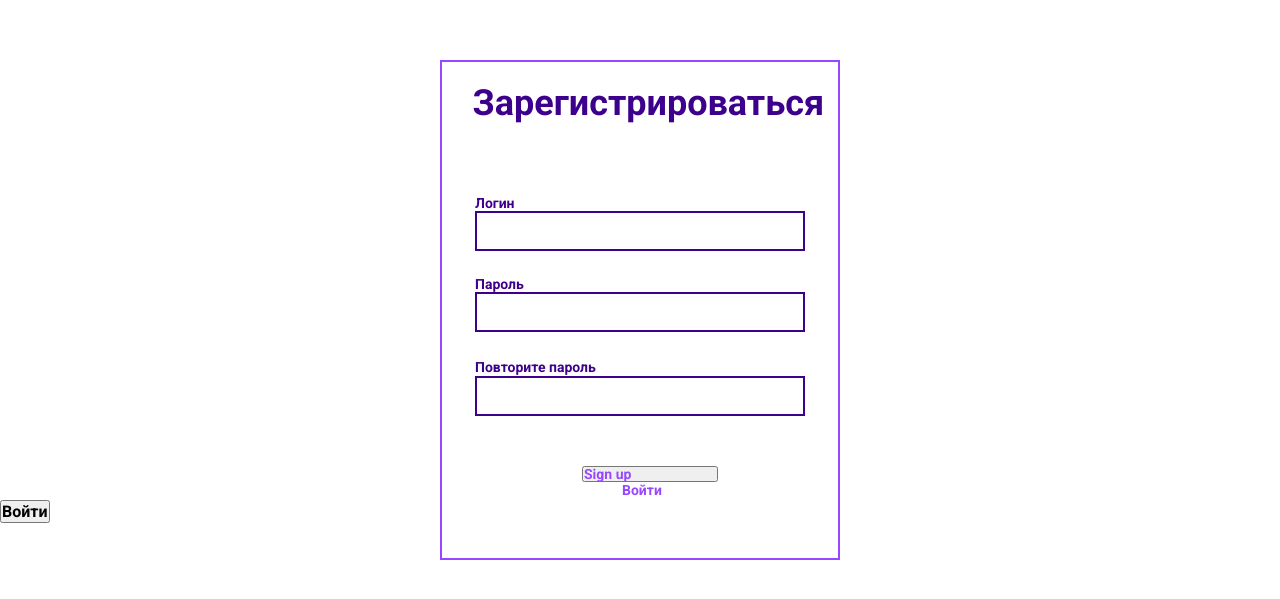
Repository: TimurZinatulin/Web_Shishki_1
Page: /
The author's editor kept a copy of each file at every save. The page is drawn from the files as they stood at one save, then again after the next save.
The browser window is 1280 px wide. The pictures show the whole page.
The project was rebuilt for these pictures with package versions that can differ from the ones it lists, and the page was loaded fresh each time. Also part of the build but not shown: vite.config.js, vue.config.js, src/views/LoginView.vue, src/components/HelloWorld.vue, src/views/MainView.vue, src/views/HomeView.vue, src/views/EditView.vue, src/views/FavoriteView.vue and 3 more.

Above is the page before, as saved 2023-06-10 20:01:51.
Console error: TypeError: Cannot read properties of null (reading 'user')

After the next save:
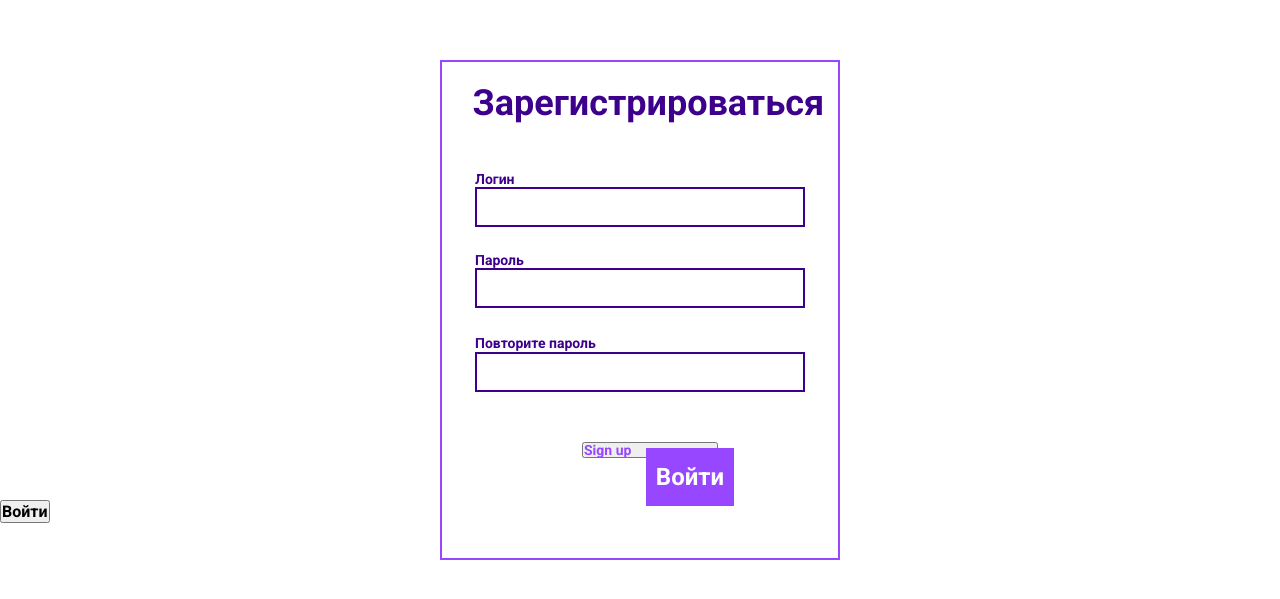
Saved 47 s later.
--- a/src/views/RegisterView.vue
+++ b/src/views/RegisterView.vue
@@ -9,7 +9,7 @@
             <p class="p" style="display:inline; position:relative; left: 0px;">Повторите пароль</p>
             <input class="input1" style="top: -70px;" type="password" v-model="password">
             <button type="submit" id="reg_btn">Sign up</button>
-            <a href="http://localhost:8080/login" id="reg_btn" style="left: 50px; position: relative;">Войти</a>
+            <a href="http://localhost:8080/login" id="log_btn" style="left: 50px; position: relative;">Войти</a>
         </form>
     </div>
 </template>

After the save that followed:
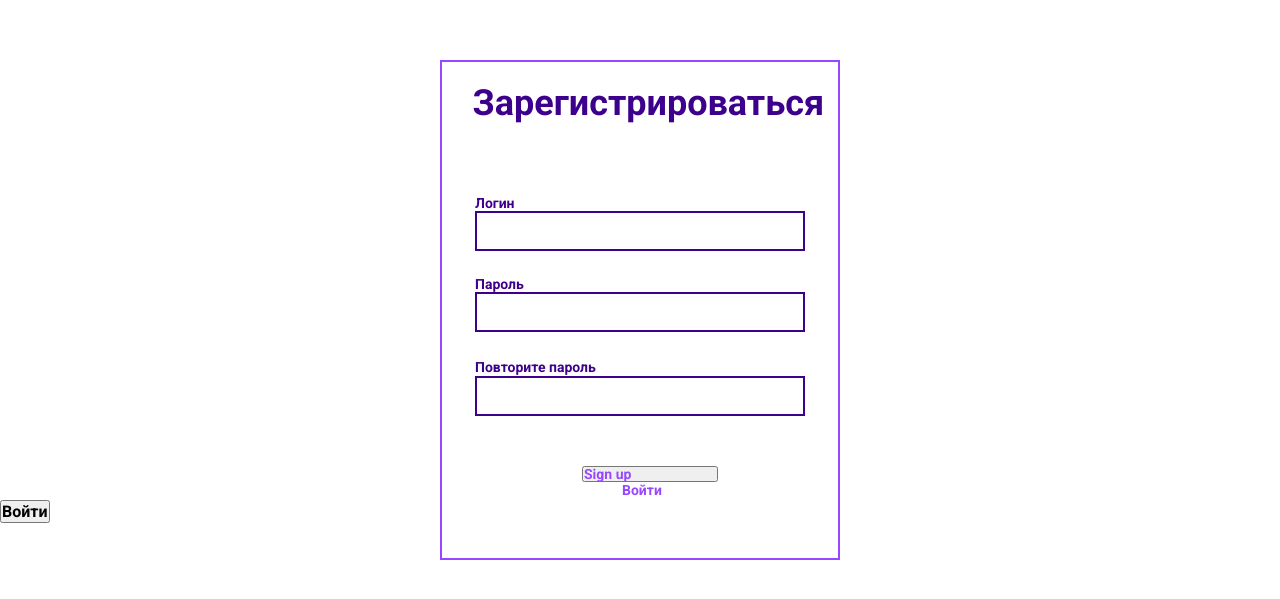
Saved 5 s later.
--- a/src/views/RegisterView.vue
+++ b/src/views/RegisterView.vue
@@ -9,7 +9,7 @@
             <p class="p" style="display:inline; position:relative; left: 0px;">Повторите пароль</p>
             <input class="input1" style="top: -70px;" type="password" v-model="password">
             <button type="submit" id="reg_btn">Sign up</button>
-            <a href="http://localhost:8080/login" id="log_btn" style="left: 50px; position: relative;">Войти</a>
+            <a href="http://localhost:8080/login" id="reg_btn" style="left: 50px; position: relative;">Войти</a>
         </form>
     </div>
 </template>
